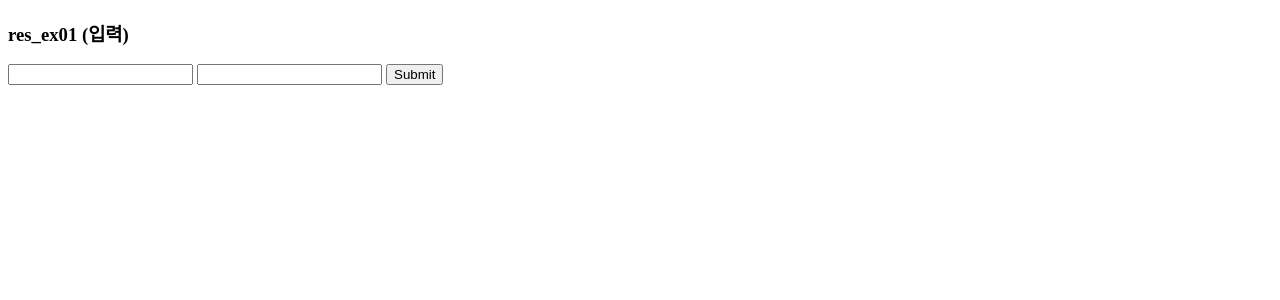
Repository: hyejux/jsp
Page: http://localhost/JSPBasic/response/res_ex01.jsp
The author's editor kept a copy of each file at every save. The page is drawn from the files as they stood at one save, then again after the next save.
The browser window is 1280 px wide. The pictures show the whole page.
The page is served by Tomcat 10. Other server files are loaded and not shown.

Above is the page before, as saved 2024-06-25 08:14:27.

### JSPBasic/src/main/webapp/response/res_ex01.jsp
<%@ page language="java" contentType="text/html; charset=UTF-8"
    pageEncoding="UTF-8"%>
<!DOCTYPE html>
<html>
<head>
<meta charset="UTF-8">
<title>Insert title here</title>
</head>
<body>
	<h3> res_ex01 (입력)</h3>

	<form>


	<input type="text" name="name">
	<input type="text" name="age">

	<input type="submit" name=""submit"">

	</form>

</body>
</html>

After the next save:
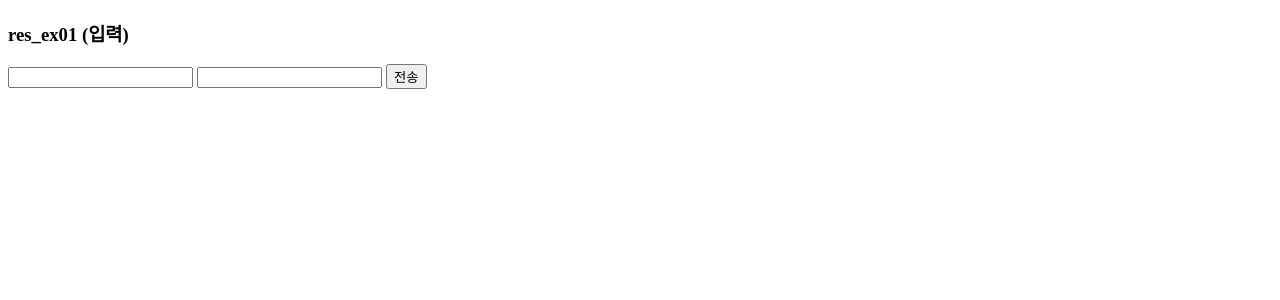
Saved 78 s later.
--- a/JSPBasic/src/main/webapp/response/res_ex01.jsp
+++ b/JSPBasic/src/main/webapp/response/res_ex01.jsp
@@ -9,13 +9,13 @@
 <body>
 	<h3> res_ex01 (입력)</h3>
 
-	<form>
+	<form action="res_ex01_Result.jsp" method="post">
 
 
 	<input type="text" name="name">
 	<input type="text" name="age">
 
-	<input type="submit" name=""submit"">
+	<input type="submit" value="전송">
 
 	</form>
 
